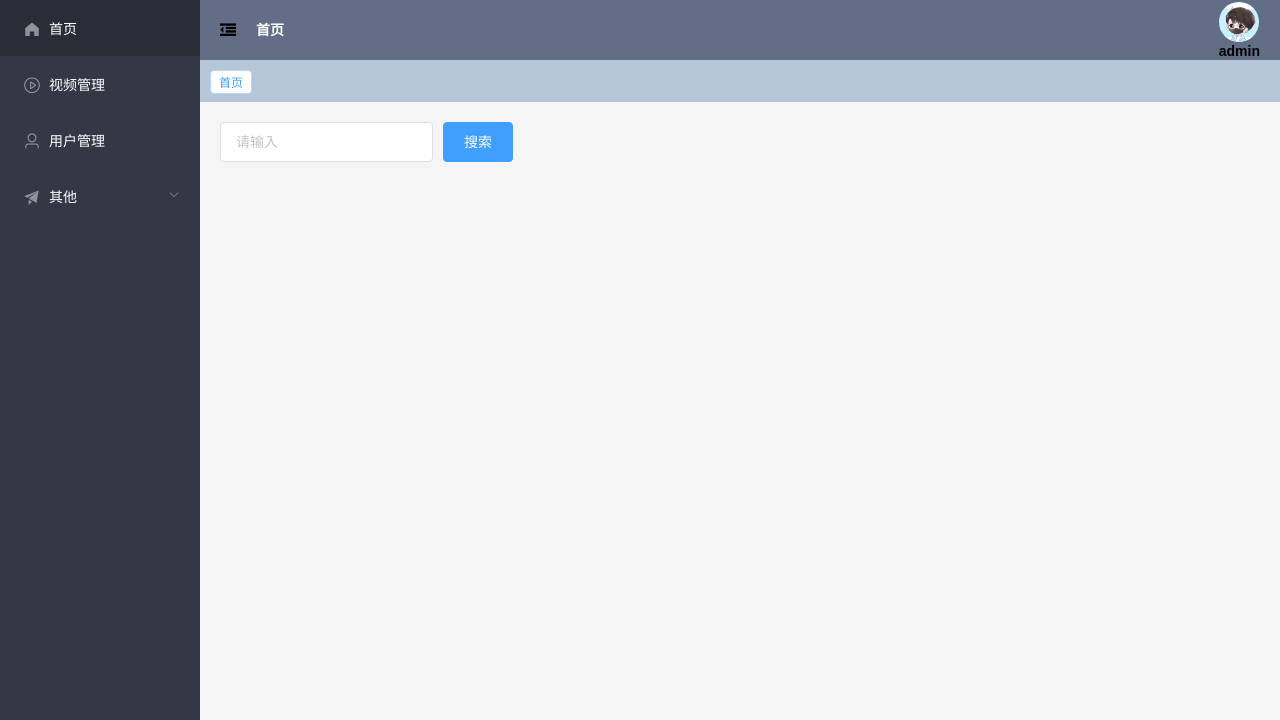
Repository: coWhy/vue-manage
Page: /#/user
The author's editor kept a copy of each file at every save. The page is drawn from the files as they stood at one save, then again after the next save.
The browser window is 1280 px wide. The pictures show the whole page.
The project was rebuilt for these pictures with package versions that can differ from the ones it lists, and the page was loaded fresh each time. Also part of the build but not shown: vue.config.js.

Above is the page before, as saved 2020-04-14 03:29:53.

### src/main.js
import Vue from 'vue'
import App from './App.vue'
import router from './router'
import store from './store'
// 全局配置样式
import '@/assets/scss/reset.scss'
import '@/assets/font-awesome-4.7.0/css/font-awesome.css'
// 第三方包
import ElementUI from 'element-ui'
import 'element-ui/lib/theme-chalk/index.css'
// 自定义全局插件
import http from '@/plugins/http' // 自定义全局axios
// 引入Mock 主要是用于前端模拟使用 使用时 记得注释掉
import './mock'

Vue.config.productionTip = false
Vue.use(http)
console.log(
  `当前所处开发环境:【${process.env.NODE_ENV}】| 路由为: 【${process.env.VUE_APP_URL}】`
)
Vue.use(ElementUI)
new Vue({
  router,
  store,
  render: h => h(App)
}).$mount('#app')

### src/App.vue
<template>
  <div id="app">
    <router-view />
  </div>
</template>

<style lang="scss">
#app {
  // color: $theme-color;
  height: 100vh;
}
</style>

### src/router/index.js
import Vue from 'vue'
import VueRouter from 'vue-router'
//
const originalPush = VueRouter.prototype.push
VueRouter.prototype.push = function push(location) {
  return originalPush.call(this, location).catch(err => err)
}
Vue.use(VueRouter)

const routes = [
  {
    path: '/',
    component: () => import('@/views/layout/index'),
    children: [
      {
        path: '/',
        name: 'home',
        component: () => import('@/views/home/index')
      },
      {
        path: '/video',
        name: 'video',
        component: () => import('@/views/video/index')
      },
      {
        path: '/user',
        name: 'user',
        component: () => import('@/views/user/index')
      },
      {
        path: '/page1',
        name: 'page1',
        component: () => import('@/views/other/page1')
      },
      {
        path: '/page2',
        name: 'page2',
        component: () => import('@/views/other/page2')
      }
    ]
  }
]

const router = new VueRouter({
  routes
})

export default router

### src/store/index.js
import Vue from 'vue'
import Vuex from 'vuex'
import tag from './modules/tag'
Vue.use(Vuex)

export default new Vuex.Store({
  state: {},
  mutations: {},
  actions: {},
  modules: {
    tag
  }
})

### src/plugins/http.js
// 自定义开发插件
import axios from 'axios'

const MyHttpServer = {}

MyHttpServer.install = Vue => {
  // 基准地址
  // axios.defaults.baseURL = process.env.VUE_APP_URL
  const service = axios.create({
    baseURL: process.env.VUE_APP_URL, //请求基础url
    timeout: 3000 //  请求超时时间
  })
  // 添加请求拦截器 token拦截
  service.interceptors.request.use(
    config => {
      return config
    },
    err => {
      console.log(err)
    }
  )
  // 响应拦截器
  service.interceptors.response.use(
    response => {
      let res = {}
      //  此处对不同状态码 进行不同的操作 比如404 跳转页面等
      res.status = response.status
      res.data = response.data
      return res
    },
    err => {
      console.log(err)
    }
  )
  Vue.prototype.$http = axios
}
export default MyHttpServer

### src/mock/index.js
import Mock from 'mockjs'
import homeApi from './home'
Mock.setup({
  timeout: '200-2000' // 设置延时 [200 - 2000ms]
})
// 首页相关
// 拦截 /home/getData
Mock.mock('/home/getData', 'get', homeApi.getStatisticalData) // /\/home\/getData/.

### src/assets/scss/_variable.scss
// 全局配置样式 修改主题颜色
$theme-color: #33aef0;

### src/views/layout/index.vue
<template>
  <el-container class="container">
    <!-- 左侧菜单栏 -->
    <el-aside width="auto">
      <common-aside></common-aside>
    </el-aside>
    <el-container>
      <!-- 头部 -->
      <el-header class="header">
        <common-header></common-header>
      </el-header>
      <!-- Tab标签 -->
      <common-tag class="tag"></common-tag>
      <!-- 主体 -->
      <el-main>
        <router-view></router-view>
      </el-main>
    </el-container>
  </el-container>
</template>

<script>
import CommonAside from './components/aside/index'
import CommonHeader from './components/header/index'
import CommonTag from './components/tag/index'
export default {
  components: {
    CommonAside,
    CommonHeader,
    CommonTag
  }
}
</script>

<style lang="scss" scoped>
.container {
  height: 100%;
}
.header {
  background-color: #626e85; // 头部背景色
  width: 100%;
}
.main {
  padding-top: 0;
}
</style>

### src/views/user/index.vue
<template>
  <div class="manage">
    <div class="manage-header">
      <!-- 搜索表单 -->
      <common-form inline :formLabel="formLabel" :form="searchFrom">
        <el-button type="primary">搜索</el-button>
      </common-form>
    </div>
    <div class="manage-content">
      <!-- <common-table></common-table> -->
    </div>
  </div>
</template>

<script>
// import CommonTable from '@/components/table'
import CommonForm from '@/components/form'
export default {
  components: {
    // CommonTable,
    CommonForm
  },
  data() {
    return {
      searchFrom: {
        keyword: ''
      },
      formLabel: [
        {
          model: 'keyword',
          label: ''
        }
      ]
    }
  }
}
</script>

<style lang="scss" scoped>
.manage {
  height: 90%;
  padding-bottom: 20px;
  overflow: hidden;
  &-header {
    display: flex;
    justify-content: space-between;
    align-items: flex-start;
  }
}
</style>

### src/store/modules/tag.js
export default {
  state: {
    isCollapse: false, // 左侧菜单栏是否折叠
    curMenu: null, // 点击选中的菜单
    menuList: [], // 全部菜单
    tagList: [
      // 首页是不可关闭的
      {
        path: '/',
        name: 'home',
        title: '首页',
        icon: 'el-icon-s-home'
      }
    ] // 存放tags 点击后 就存到里面去
  },
  mutations: {
    // 点击 菜单之后 对应的tab 标签也要 进入 tabList 进行存放
    // 首页 不加入tabList
    getMenu(state, selectedMenu) {
      if (selectedMenu.name !== 'home') {
        state.curMenu = selectedMenu
        let result = state.tagList.findIndex(
          item => item.name === selectedMenu.name
        )
        if (result === -1) {
          // 没找到这个tag 就放进tagList
          state.tagList.push(selectedMenu)
        }
      } else {
        state.curMenu = null
      }
    },
    // 关闭选中的tag
    closeTag(state, selectedTag) {
      // if (selectedTag.name !== 'home') {
      // }
      // 找到tag的索引 进行删除
      let result = state.tagList.findIndex(
        item => item.name === selectedTag.name
      )
      state.tagList.splice(result, 1)
    },
    // 折叠左侧菜单栏
    collapseAsideMenu(state) {
      state.isCollapse = !state.isCollapse
    }
  },
  actions: {},
  modules: {}
}

### src/mock/home.js
import Mock from 'mockjs'

// 图表数据
let List = []
export default {
  getStatisticalData: () => {
    for (let i = 0; i < 7; i++) {
      List.push(
        Mock.mock({
          vue: Mock.Random.float(100, 8000, 0, 2),
          wechat: Mock.Random.float(100, 8000, 0, 2),
          ES6: Mock.Random.float(100, 8000, 0, 2),
          Redis: Mock.Random.float(100, 8000, 0, 2),
          React: Mock.Random.float(100, 8000, 0, 2),
          springboot: Mock.Random.float(100, 8000, 0, 2)
        })
      )
    }
    return {
      code: 20000,
      data: {
        // 饼图
        videoData: [
          {
            name: 'springboot',
            value: Mock.Random.float(1000, 10000, 0, 2)
          },
          {
            name: 'vue',
            value: Mock.Random.float(1000, 10000, 0, 2)
          },
          {
            name: '小程序',
            value: Mock.Random.float(1000, 10000, 0, 2)
          },
          {
            name: 'ES6',
            value: Mock.Random.float(1000, 10000, 0, 2)
          },
          {
            name: 'Redis',
            value: Mock.Random.float(1000, 10000, 0, 2)
          },
          {
            name: 'React',
            value: Mock.Random.float(1000, 10000, 0, 2)
          }
        ],
        // 柱状图
        userData: [
          {
            date: '周一',
            new: Mock.Random.integer(1, 100),
            active: Mock.Random.integer(100, 1000)
          },
          {
            date: '周二',
            new: Mock.Random.integer(1, 100),
            active: Mock.Random.integer(100, 1000)
          },
          {
            date: '周三',
            new: Mock.Random.integer(1, 100),
            active: Mock.Random.integer(100, 1000)
          },
          {
            date: '周四',
            new: Mock.Random.integer(1, 100),
            active: Mock.Random.integer(100, 1000)
          },
          {
            date: '周五',
            new: Mock.Random.integer(1, 100),
            active: Mock.Random.integer(100, 1000)
          },
          {
            date: '周六',
            new: Mock.Random.integer(1, 100),
            active: Mock.Random.integer(100, 1000)
          },
          {
            date: '周日',
            new: Mock.Random.integer(1, 100),
            active: Mock.Random.integer(100, 1000)
          }
        ],
        // 折线图
        orderData: {
          date: [
            '20191001',
            '20191002',
            '20191003',
            '20191004',
            '20191005',
            '20191006',
            '20191007'
          ],
          data: List
        },
        tableData: [
          {
            name: 'ES6',
            todayBuy: Mock.Random.float(100, 1000, 0, 2),
            monthBuy: Mock.Random.float(3000, 5000, 0, 2),
            totalBuy: Mock.Random.float(40000, 1000000, 0, 2)
          },
          {
            name: '小程序',
            todayBuy: Mock.Random.float(100, 1000, 0, 2),
            monthBuy: Mock.Random.float(3000, 5000, 0, 2),
            totalBuy: Mock.Random.float(40000, 1000000, 0, 2)
          },
          {
            name: 'Vue',
            todayBuy: Mock.Random.float(100, 1000, 0, 2),
            monthBuy: Mock.Random.float(3000, 5000, 0, 2),
            totalBuy: Mock.Random.float(40000, 1000000, 0, 2)
          },
          {
            name: 'springboot',
            todayBuy: Mock.Random.float(100, 1000, 0, 2),
            monthBuy: Mock.Random.float(3000, 5000, 0, 2),
            totalBuy: Mock.Random.float(40000, 1000000, 0, 2)
          },
          {
            name: 'React',
            todayBuy: Mock.Random.float(100, 1000, 0, 2),
            monthBuy: Mock.Random.float(3000, 5000, 0, 2),
            totalBuy: Mock.Random.float(40000, 1000000, 0, 2)
          },
          {
            name: 'Redis',
            todayBuy: Mock.Random.float(100, 1000, 0, 2),
            monthBuy: Mock.Random.float(3000, 5000, 0, 2),
            totalBuy: Mock.Random.float(40000, 1000000, 0, 2)
          }
        ]
      }
    }
  }
}

### src/views/layout/components/aside/index.vue
<template>
  <el-menu
    default-active="2"
    class="el-menu-vertical-demo"
    :background-color="asideSetting.bgColor"
    :text-color="asideSetting.texteColor"
    :active-text-color="asideSetting.activeTextColor"
    :collapse="isCollapse"
  >
    <!-- 这是没有子级菜单的
    handleClickMenu(item) 将选中的菜单元素存入store中的menu 用于tab使用
    由于 分两种情况 所以 下面两种 都需要加上handleClickMenu 事件
    v-for="item in noChildrenList" 遍历元素列表
    :index="item.path"  路由相关
    :key="item.title" 索引 避免重复
    -->
    <!-- noChildrenList -->
    <el-menu-item
      :index="item.path"
      v-for="item in noChildrenList"
      :key="item.title"
      @click="handleClickMenu(item)"
    >
      <i :class="item.icon"></i>
      <span slot="title">{{ item.title }}</span>
    </el-menu-item>
    <!-- hasChildrenList -->
    <el-submenu
      :index="item.title"
      v-for="item in hasChildrenList"
      :key="item.title"
    >
      <template slot="title">
        <i :class="item.icon"></i>
        <span slot="title">{{ item.title }}</span>
      </template>
      <el-menu-item-group>
        <el-menu-item
          :index="subItem.path"
          v-for="subItem in item.children"
          :key="subItem.title"
          @click="handleClickMenu(subItem)"
        >
          <i :class="subItem.icon"></i>
          <span slot="title">{{ subItem.title }}</span>
        </el-menu-item>
      </el-menu-item-group>
    </el-submenu>
  </el-menu>
</template>

<script>
export default {
  computed: {
    noChildrenList() {
      // asideMenuList 没有 子级菜单
      return this.asideMenuList.filter(item => !item.children)
    },
    hasChildrenList() {
      // asideMenuList 有 子级菜单
      return this.asideMenuList.filter(item => item.children)
    },
    // 取出vuex中的是否折叠isCollapse
    isCollapse() {
      return this.$store.state.tag.isCollapse
    }
  },
  data() {
    return {
      asideSetting: {
        bgColor: '#343746', // 侧边栏背景颜色
        activeTextColor: '#4ffffb', // 选中字体的颜色
        texteColor: '#fff' // 默认字体颜色
      },
      //侧边栏菜单列表
      asideMenuList: [
        {
          path: '/',
          name: 'home',
          title: '首页',
          icon: 'el-icon-s-home'
        },
        {
          path: '/video',
          name: 'video',
          title: '视频管理',
          icon: 'el-icon-video-play'
        },
        {
          path: '/user',
          name: 'user',
          title: '用户管理',
          icon: 'el-icon-user'
        },
        {
          title: '其他',
          icon: 'el-icon-s-promotion',
          children: [
            {
              path: '/page1',
              name: 'page1',
              title: '页面1',
              icon: 'el-icon-setting'
            },
            {
              path: '/page2',
              name: 'page2',
              title: '页面2',
              icon: 'el-icon-setting'
            }
          ]
        }
      ]
    }
  },
  methods: {
    // 选中菜单 传入store
    handleClickMenu(item) {
      // 跳转到指定的页面
      this.$router.push({ name: item.name })
      this.$store.commit('getMenu', item)
    }
  }
}
</script>

<style lang="scss" scoped>
.el-menu {
  // 菜单占满容器
  height: 100%;
  border: none;
}
// 折叠样式
.el-menu-vertical-demo:not(.el-menu--collapse) {
  width: 200px;
  min-height: 400px;
}
</style>

### src/views/layout/components/header/index.vue
<template>
  <header class="header">
    <div class="l-content">
      <!-- 折叠标签 可以折叠左侧菜单栏 折叠：fa fa-outdent 展开： fa fa-indent -->
      <i
        :class="
          $store.state.tag.isCollapse === true
            ? 'fa fa-indent'
            : 'fa fa-outdent '
        "
        aria-hidden="true"
        @click="collapseAsideMenu()"
      ></i>
      <!-- 面包屑导航 -->
      <el-breadcrumb separator="/">
        <!-- 默认保留一个 首页 -->
        <el-breadcrumb-item :to="{ path: '/' }">首页</el-breadcrumb-item>
        <!-- curMenu 不为null的时候才渲染出来 -->
        <el-breadcrumb-item :to="curMenu.path" v-if="curMenu">
          {{ curMenu.title }}
        </el-breadcrumb-item>
      </el-breadcrumb>
    </div>
    <!-- 用户部分 头像 下拉菜单 等 -->
    <div class="r-content">
      <el-dropdown trigger="click" size="mini">
        <span class="el-dropdown-link">
          <!-- 用户头像 和 用户名 动态获取 -->
          <img :src="userInfo.avatar" class="avatar" />
          <span class="name">{{ userInfo.username }}</span>
        </span>
        <el-dropdown-menu slot="dropdown">
          <el-dropdown-item>个人中心</el-dropdown-item>
          <el-dropdown-item>退出登录</el-dropdown-item>
        </el-dropdown-menu>
      </el-dropdown>
    </div>
  </header>
</template>

<script>
import { mapState } from 'vuex'
export default {
  computed: {
    ...mapState({
      curMenu: state => state.tag.curMenu // 选中的菜单对象
    })
  },
  data() {
    return {
      // 用户信息
      userInfo: {
        username: 'admin', // 用户名
        avatar: require('@/assets/images/user.jpg') // 用户头像
      }
    }
  },
  methods: {
    // 折叠左侧菜单栏
    collapseAsideMenu() {
      this.$store.commit('collapseAsideMenu')
    }
  }
}
</script>

<style lang="scss" scoped>
.header {
  display: flex;
  height: 100%;
  align-items: center;
  justify-content: space-between;
}
.l-content {
  // width: 380;
  display: flex;
  align-items: center;
  i {
    margin-right: 20px;
  }
  justify-content: space-between;
}
.r-content {
  .avatar {
    width: 40px;
    height: 40px;
    border-radius: 50%;
  }
  .name {
    display: flex;
    height: 100%;
    color: black;
    font-weight: bolder;
    align-items: center;
  }
}
</style>
<style lang="scss">
.el-breadcrumb__item {
  .el-breadcrumb__inner {
    color: #b9d0fb;
    font-weight: normal;
  }
  &:last-child {
    .el-breadcrumb__inner {
      color: #ffffff;
      font-weight: bolder;
    }
  }
}
</style>

### src/views/layout/components/tag/index.vue
<template>
  <div class="tags">
    <!--  tabs标签
  不是首页才可以关闭
  选中tag颜色变化 :effect="$route.name === tag.name ? 'dark' : 'plain'"
  -->
    <el-tag
      size="small"
      :key="tag.name"
      v-for="tag in tagList"
      :closable="tag.name !== 'home'"
      :disable-transitions="false"
      @close="handleClose(tag)"
      @click="changeMenu(tag)"
      :effect="$route.name === tag.name ? 'dark' : 'plain'"
    >
      {{ tag.title }}
    </el-tag>
  </div>
</template>

<script>
import { mapState, mapMutations } from 'vuex'
export default {
  computed: {
    ...mapState({
      tagList: state => state.tag.tagList
    })
  },
  data() {
    return {}
  },
  methods: {
    ...mapMutations({
      closeTag: 'closeTag'
    }),
    // 关闭tag
    handleClose(tag) {
      this.closeTag(tag)
    },
    changeMenu(tag) {
      this.$store.commit('getMenu', tag)
      this.$router.push({ name: tag.name })
    }
  }
}
</script>

<style lang="scss" scoped>
.tags {
  background-color: #b5c6d6;
  position: relative;
  height: 42px;
  border: none;
  overflow: hidden;
  padding: 10px;
  .el-tag {
    padding-top: 1px;
    padding-bottom: 1px;
    margin-right: 15px;
    cursor: pointer;
  }
}
</style>

### src/components/form/index.vue
<template>
  <el-form :inline="inline" :model="form" ref="form" label-width="100px">
    <el-form-item
      v-for="item in formLabel"
      :key="item.model"
      :label="item.label"
    >
      <el-input
        v-model="form[item.model]"
        :placeholder="'请输入' + item.label"
        v-if="!item.type"
      ></el-input>
      <el-select
        v-model="form[item.model]"
        placeholder="请选择"
        v-if="item.type === 'select'"
      >
        <el-option
          v-for="item in item.opts"
          :key="item.value"
          :label="item.label"
          :value="item.value"
        ></el-option>
      </el-select>
      <el-switch
        v-model="form[item.model]"
        v-if="item.type === 'switch'"
      ></el-switch>
      <el-date-picker
        v-model="form[item.model]"
        type="date"
        placeholder="选择日期"
        v-if="item.type === 'date'"
        value-format="yyyy-MM-dd"
      >
      </el-date-picker>
    </el-form-item>
    <!-- 插槽 -->
    <el-form-item><slot></slot></el-form-item>
  </el-form>
</template>

<script>
export default {
  props: {
    inline: Boolean,
    form: Object,
    formLabel: Array
  }
}
</script>

<style lang="scss" scoped></style>

Loaded but not shown: public/index.html (common file); src/assets/scss/reset.scss (common file); src/assets/font-awesome-4.7.0/css/font-awesome.css (library)

After the next save:
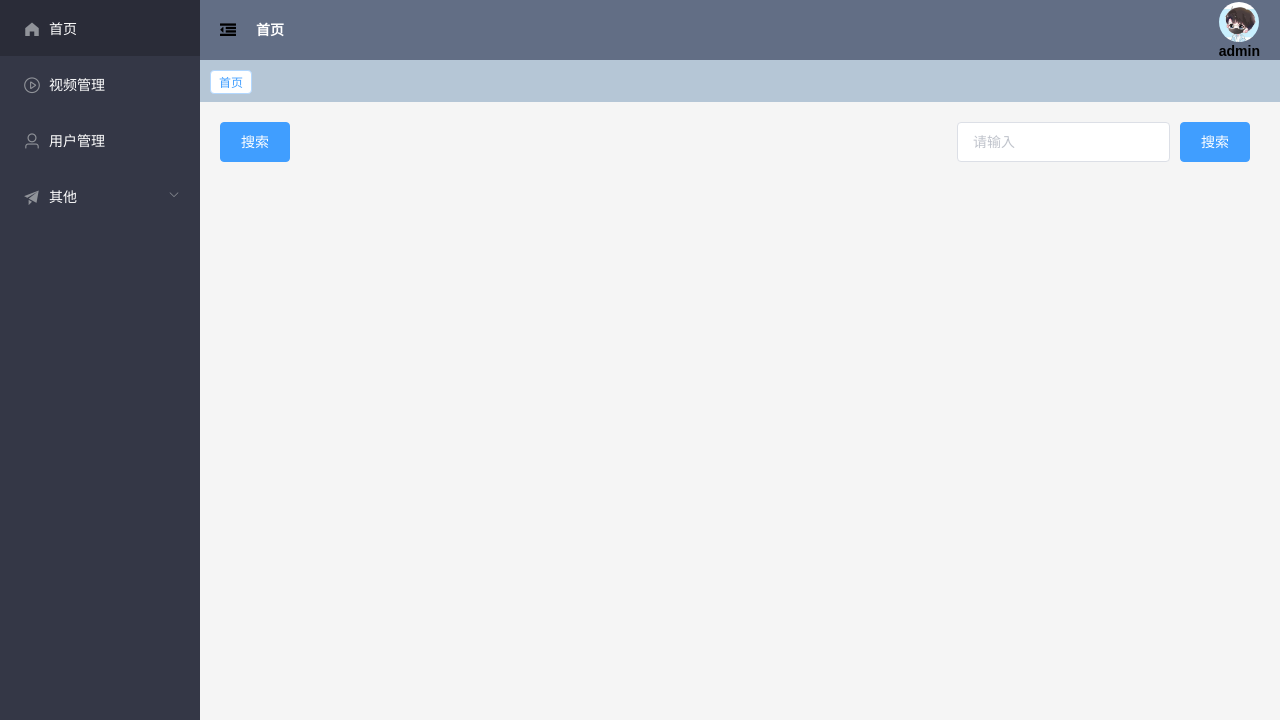
Saved 10 s later.
--- a/src/views/user/index.vue
+++ b/src/views/user/index.vue
@@ -1,6 +1,7 @@
 <template>
   <div class="manage">
     <div class="manage-header">
+      <el-button type="primary">搜索</el-button>
       <!-- 搜索表单 -->
       <common-form inline :formLabel="formLabel" :form="searchFrom">
         <el-button type="primary">搜索</el-button>
